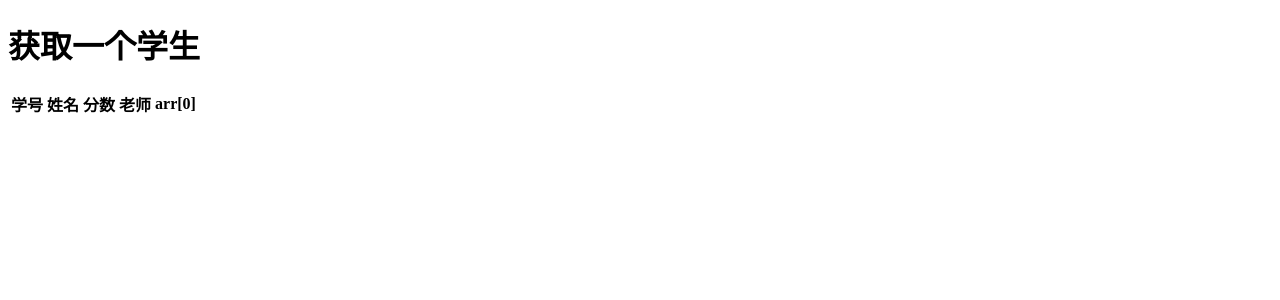
Repository: byuan98/study
Page: http://localhost/day079web/jsp/json_test.jsp
These files come from the project's save history. The page is drawn as it stood at one moment and after the next save; the edit follows.
The browser window is 1280 px wide. The pictures show the whole page.
The page is served by Tomcat 9. Other server files are loaded and not shown.

Above is the page before, as saved 2021-04-07 14:46:55.

### day079web/WebContent/jsp/json_test.jsp
<%@ page language="java" contentType="text/html; charset=UTF-8" pageEncoding="UTF-8"%>
<%@ taglib prefix="core" uri="http://java.sun.com/jsp/jstl/core"%>
<!DOCTYPE html>
<html>
<head>
<meta charset="UTF-8">
<title>使用JSON依赖的JAR拼凑JSON格式的字符串</title>
</head>
<body>
    <h1>获取一个学生</h1>
    <table id="tab_1">
        <tr>
            <th>学号</th><th>姓名</th><th>分数</th><th>老师</th>
            <th>arr[0]</th>
        </tr>
    </table>
</body>
</html>

After the next save:
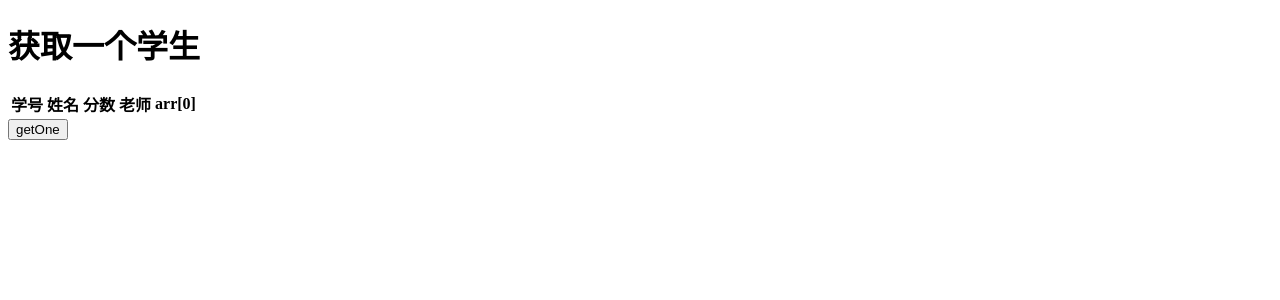
Saved 3 min 21 s later.
--- a/day079web/WebContent/jsp/json_test.jsp
+++ b/day079web/WebContent/jsp/json_test.jsp
@@ -14,5 +14,6 @@
             <th>arr[0]</th>
         </tr>
     </table>
+    <input type="button" value="getOne" id="but_one"/>
 </body>
 </html>
